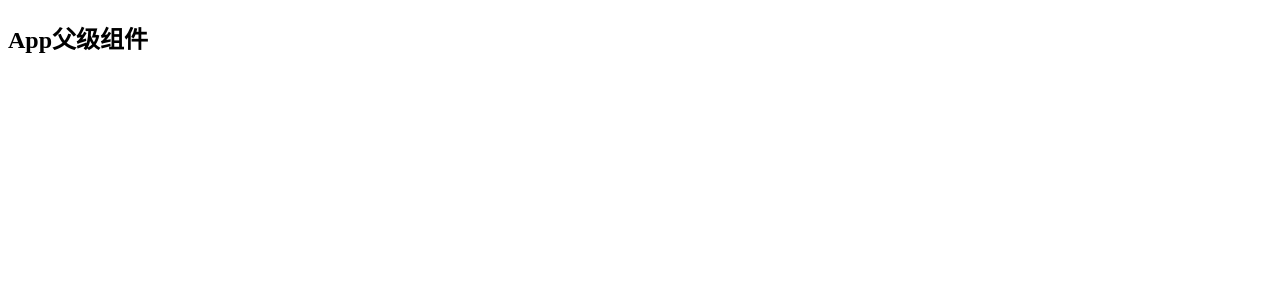
Repository: zhuhongxiang/Vue3.0-TSLeaning
Page: / (app in 04_Vue3/vue3_learning/)
An editor plug-in stored every save of this project. The page is shown before and after the next save, followed by the edit.
The browser window is 1280 px wide. The pictures show the whole page.
The project was rebuilt for these pictures with package versions that can differ from the ones it lists, and the page was loaded fresh each time.

Above is the page before, as saved 2021-07-26 15:39:32.

After the next save:
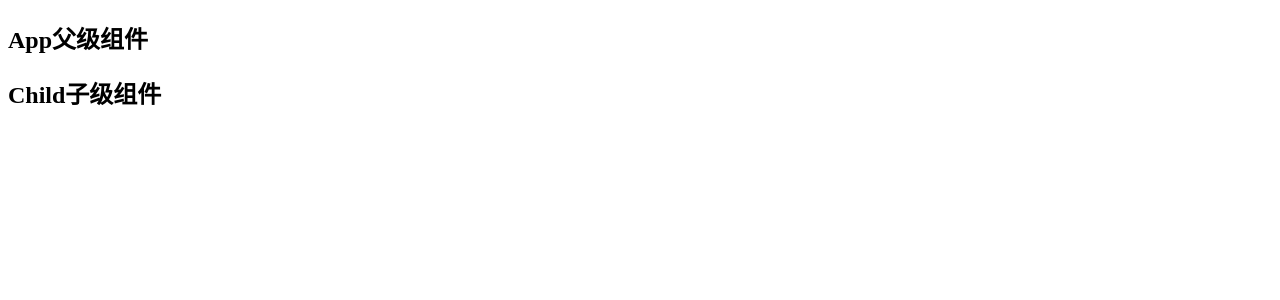
Saved 99 s later.
--- a/04_Vue3/vue3_learning/src/App.vue
+++ b/04_Vue3/vue3_learning/src/App.vue
@@ -1,5 +1,6 @@
 <template>
   <h2>App父级组件</h2>
+  <Child />
 </template>
 
 <script lang='ts'>
